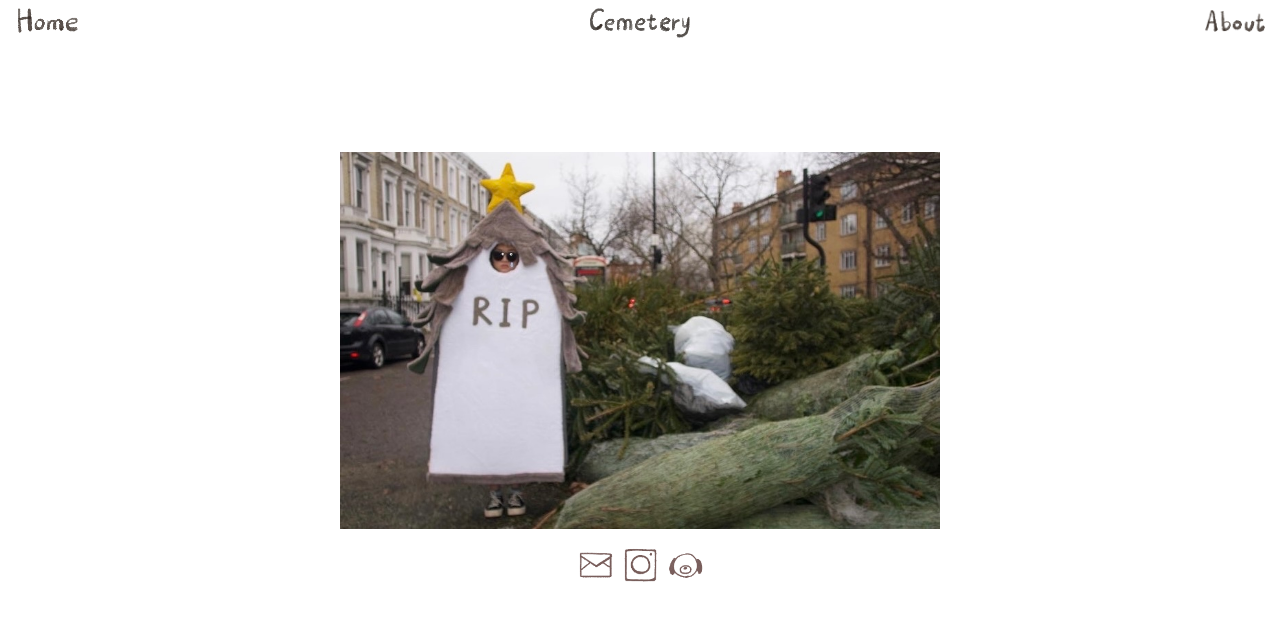
Repository: FuugaMo/ByeByeChristmasTree.github.io
Page: about.html
These files come from the project's save history. The page is drawn as it stood at one moment and after the next save; the edit follows.
The browser window is 1280 px wide. The pictures show the whole page.

Above is the page before, as saved 2023-08-02 09:34:32.

After the next save:
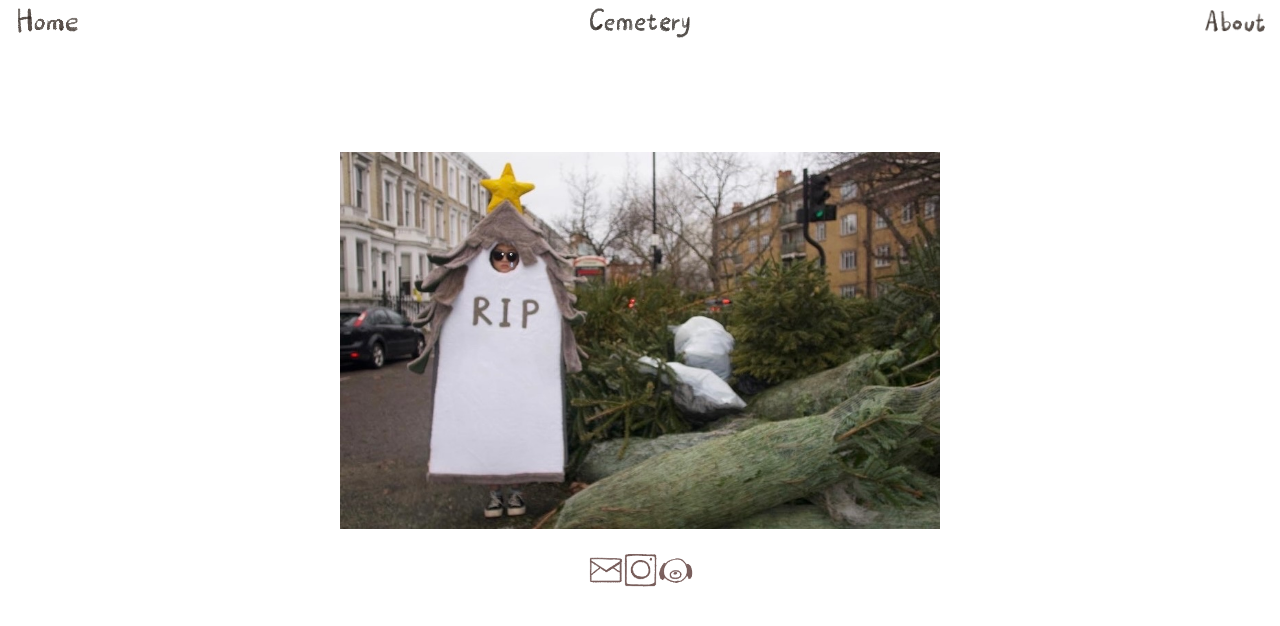
Saved 9 s later.
--- a/about.css
+++ b/about.css
@@ -100,7 +100,7 @@
 }
 
 .link a {
-    margin: 5px;
+    margin-top: 10px;
     /* 可根据需要调整间距 */
 }
 

After the save that followed:
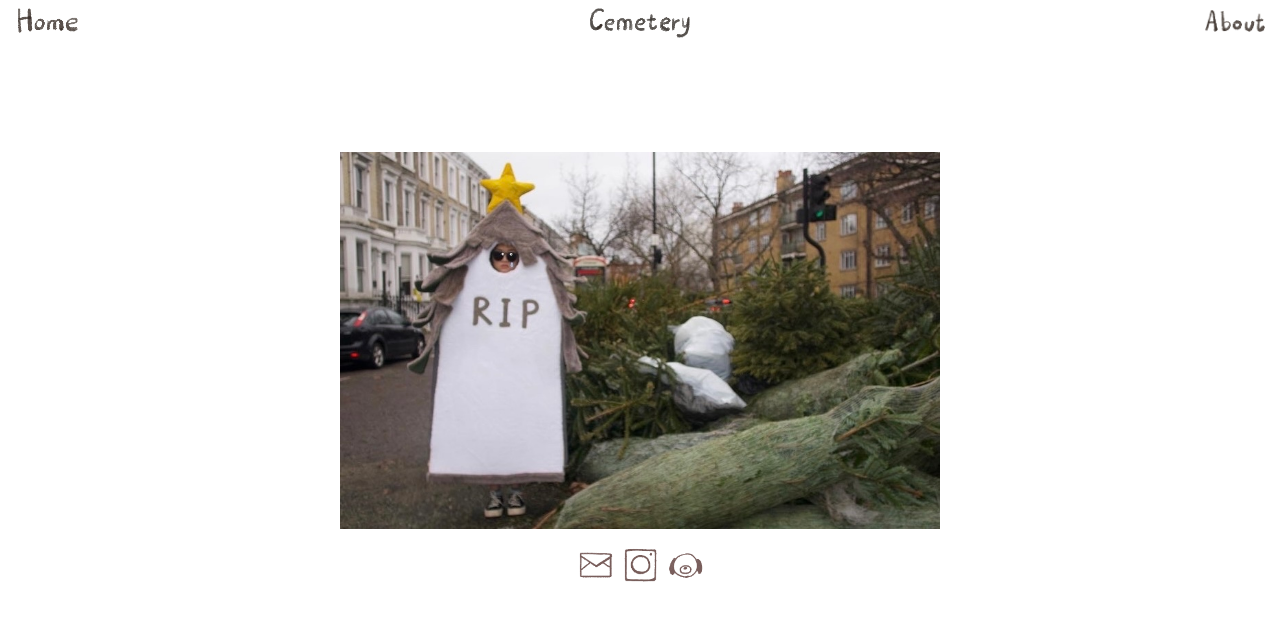
Saved 9 s later.
--- a/about.css
+++ b/about.css
@@ -100,7 +100,7 @@
 }
 
 .link a {
-    margin-top: 10px;
+    margin: 5px;
     /* 可根据需要调整间距 */
 }
 
